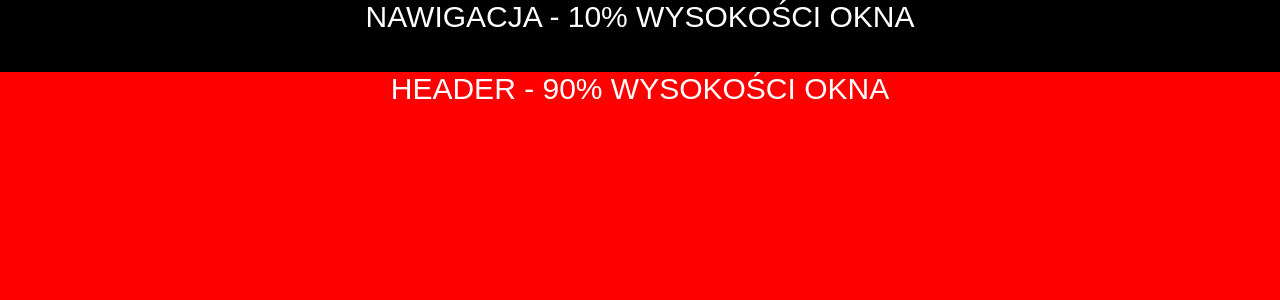
Repository: jasonj2333/advance_CSS
Page: 01-Header, Nav/start.html
These files come from the project's save history. The page is drawn as it stood at one moment and after the next save; the edit follows.
The browser window is 1280 px wide. The pictures show the window.
A layer covers the whole window, so only the first screen is drawn.

Above is the page before, as saved 2019-04-23 18:58:58.

### 01-Header, Nav/start.html
<!DOCTYPE html>
<html lang="pl">

<head>
    <meta charset="UTF-8">
    <title>Najeżdzanie na header, nav przypięty</title>
    <style>
        * {
            margin: 0;
            padding: 0;
            box-sizing: border-box;
        }

        html {
            text-align: center;
            color: white;
            font-size: 30px;
            text-transform: uppercase;
            font-family: arial;

        }

        nav {
            background-color: #000;
            height: 10vh;
            width: 100%;
            position: fixed;
            z-index: 2;
        }

        header {
            position: fixed;
            background-color: rgb(255, 0, 0);
            height: 100vh;
            width: 100%;
            top: 10vh;
        }


        main {
            position: relative;
            top: 100vh;
            height: 200vh;
            background-image: linear-gradient(45deg, green 0%, blue 40%, violet 70%, yellow 100%)
        }
    </style>
</head>

<body>
    <nav>
        Nawigacja - 10% wysokości okna
    </nav>
    <header>
        Header - 90% wysokości okna
    </header>
    <main>
        Główna zawartość - 100% wysokości okna
    </main>
</body>

</html>

After the next save:
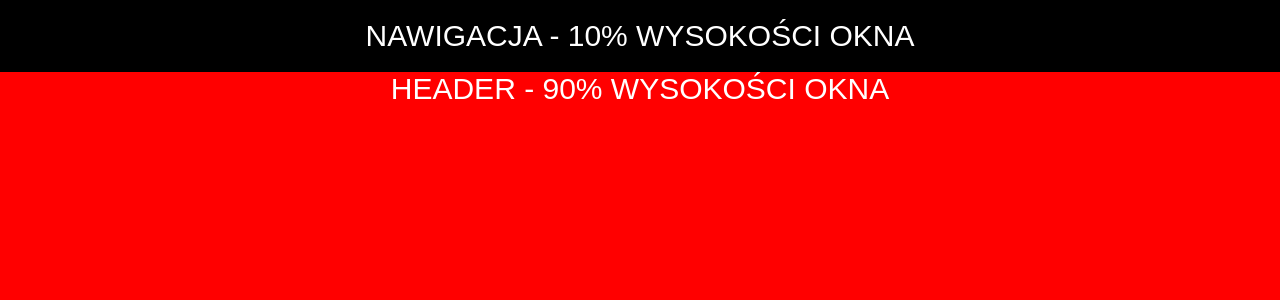
Saved 50 s later.
--- a/01-Header, Nav/start.html
+++ b/01-Header, Nav/start.html
@@ -26,6 +26,7 @@
             width: 100%;
             position: fixed;
             z-index: 2;
+            line-height: 10vh;
         }
 
         header {
